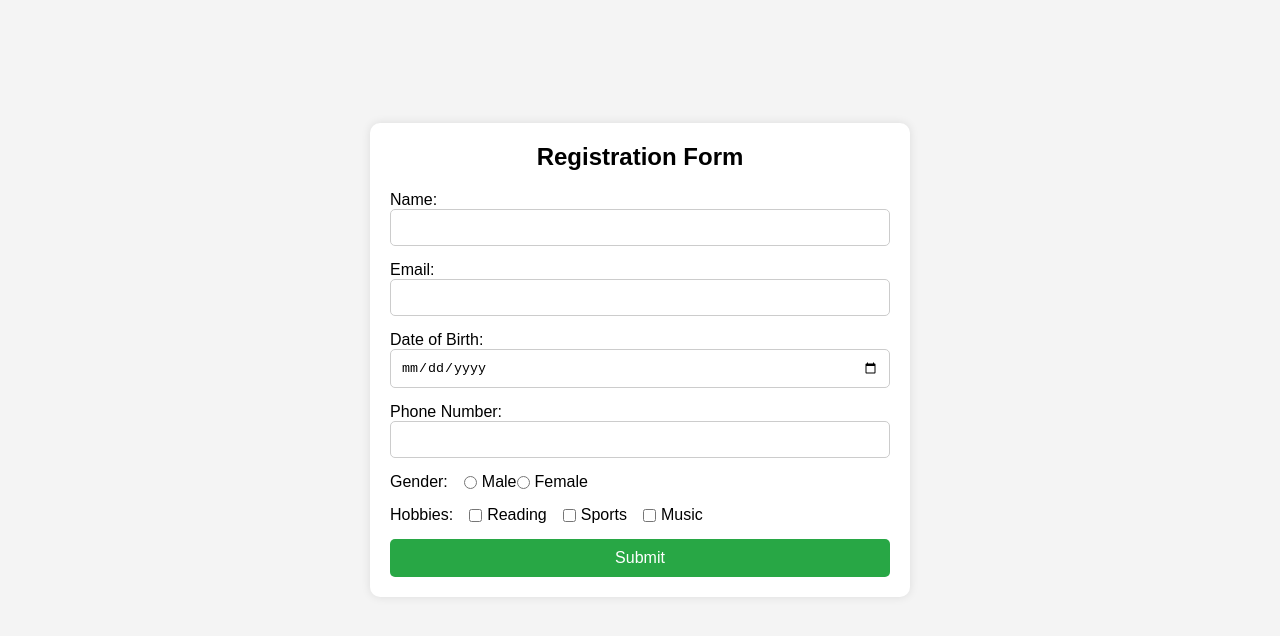
Repository: dhiren1618/OCT-JAVA-2023
Page: http://localhost/JavaServletPractical/
The author's editor kept a copy of each file at every save. The page is drawn from the files as they stood at one save, then again after the next save.
The browser window is 1280 px wide. The pictures show the whole page.
The page is served by Tomcat 9. Other server files are loaded and not shown.

Above is the page before, as saved 2024-06-11 03:21:27.
Console error: ReferenceError: valid is not defined

### JavaServletPractical/src/main/webapp/index.jsp
<%@ page language="java" contentType="text/html; charset=UTF-8"
	pageEncoding="UTF-8"%>
<!DOCTYPE html>
<html>
<head>
<meta charset="UTF-8">
<title>Registration Form</title>

<link rel="stylesheet" href="style.css">

</head>
<body>

	<div class="container">

		<h2>Registration Form</h2>
		<form id="registrationForm" action="StudentController" method="post">
			<div class="form-group">
				<label for="name">Name:</label> <input type="text" id="name"
					name="name" required> <small class="error" id="nameError"></small>
			</div>
			<div class="form-group">
				<label for="email">Email:</label> <input type="email" id="email"
					name="email" required> <small class="error" id="emailError"></small>
			</div>
			<div class="form-group">
				<label for="dob">Date of Birth:</label> <input type="date" id="dob"
					name="dob" required> <small class="error" id="dobError"></small>
			</div>
			<div class="form-group">
				<label for="phone">Phone Number:</label> <input type="tel"
					id="phone" name="phone" pattern="[0-9]{10}" required> <small
					class="error" id="phoneError"></small>
			</div>
			<div class="form-group horizontal">
				<label>Gender:</label>
				<div class="options">

					<input type="radio" id="male" name="gender" value="male" required>
					<label for="male" style="padding: 0px; margin: 0px">Male</label> <input
						type="radio" id="female" name="gender" value="female" required>
					<label for="female">Female</label>
				</div>
				<small class="error" id="genderError"></small>
			</div>
			<div class="form-group horizontal">
				<label>Hobbies:</label>
				<div class="options">
					<input type="checkbox" id="reading" name="hobbies" value="reading">
					<label for="reading">Reading</label> <input type="checkbox"
						id="sports" name="hobbies" value="sports"> <label
						for="sports">Sports</label> <input type="checkbox" id="music"
						name="hobbies" value="music"> <label for="music">Music</label>
				</div>
				<small class="error" id="hobbiesError"></small>
			</div>

            <button type="submit" id="btnSubmit" name="action" value="insert">Submit</button>
		</form>

	</div>

	<script type="text/javascript" src="scripts.js"></script>

</body>
</html>

### JavaServletPractical/src/main/webapp/style.css
*{
	padding: 0px;
	margin: 0px;
}

body {
    font-family: Arial, sans-serif;
    background-color: #f4f4f4;
    margin: 0;
    padding: 0;
    display: flex;
    justify-content: center;
    align-items: center;
    height: 100vh;
    overflow: hidden; /* Disable scrolling on body */
}

.container {
    background-color: white;
    padding: 20px;
    border-radius: 10px;
    box-shadow: 0 0 10px rgba(0, 0, 0, 0.1);
    width: 90%; /* Use a percentage width to adapt to viewport */
    max-width: 500px; /* Set a maximum width */

    overflow-y: auto; /* Enable vertical scrolling */
    overflow-x: hidden; /* Disable horizontal scrolling */
}


h2 {
    text-align: center;
    margin-bottom: 20px;
}


.form-group {
    margin-bottom: 15px;
}

.form-group.horizontal {
    display: flex;
    align-items: center;
}

label {
	margin-right: 16px;
}

.form-group.horizontal .options {
    display: flex;
    align-items: center;
    justify-content: center;
}

input[type="text"],
input[type="email"],
input[type="date"],
input[type="tel"],
select {
    width: 100%;
    padding: 10px;
    border: 1px solid #ccc;
    border-radius: 5px;
    box-sizing: border-box; /* Ensures padding is included in the element's total width and height */
}

input[type="radio"],
input[type="checkbox"] {
    margin-right: 5px;
}


button {
    width: 100%;
    padding: 10px;
    background-color: #28a745;
    border: none;
    border-radius: 5px;
    color: white;
    font-size: 16px;
    cursor: pointer;
}

button:hover {
    background-color: #218838;
}

.error {
    color: red;
    font-size: 12px;
    display: none;
}

### JavaServletPractical/src/main/webapp/scripts.js
let btnSubmit = document.getElementById("btnSubmit");

btnSubmit.addEventListener('click', function(event) {
	//alert("Button Clicked");

	var isValid = true;

	// Name Validation
	var fName = document.getElementById("name").value;

	var namePattern = /^[A-Za-z]+$/;

	if (fName == "") {
		isValid = false;
		document.getElementById("nameError").innerText = "Please enter name";
		document.getElementById('nameError').style.display = "block";
	} else if (!namePattern.test(fName)) {
		isValid = false;
		document.getElementById("nameError").innerText = "Only alphabets are allowed";
		document.getElementById('nameError').style.display = "block";
	} else {
		document.getElementById('nameError').style.display = "none";
	}

	// Gender validation
	const gender = document.querySelector('input[name="gender"]:checked');
	if (!gender) {
		valid = false;
		document.getElementById('genderError').innerText = "Gender is required.";
		document.getElementById('genderError').style.display = "block";
	} else {
		document.getElementById('genderError').style.display = "none";
	}

});

// Prevent form submission if validation fails
if (!valid) {
	event.preventDefault();
}

After the next save:
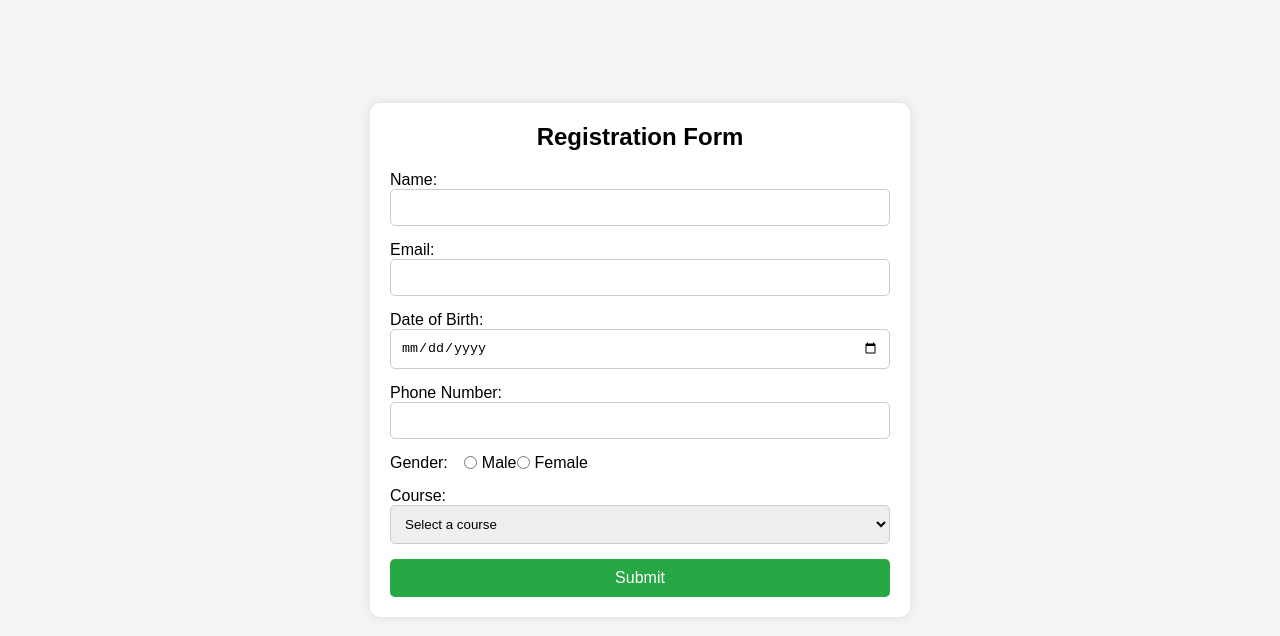
Saved 15 s later.
--- a/JavaServletPractical/src/main/webapp/index.jsp
+++ b/JavaServletPractical/src/main/webapp/index.jsp
@@ -43,18 +43,16 @@
 				</div>
 				<small class="error" id="genderError"></small>
 			</div>
-			<div class="form-group horizontal">
-				<label>Hobbies:</label>
-				<div class="options">
-					<input type="checkbox" id="reading" name="hobbies" value="reading">
-					<label for="reading">Reading</label> <input type="checkbox"
-						id="sports" name="hobbies" value="sports"> <label
-						for="sports">Sports</label> <input type="checkbox" id="music"
-						name="hobbies" value="music"> <label for="music">Music</label>
-				</div>
-				<small class="error" id="hobbiesError"></small>
-			</div>
-
+			 <div class="form-group">
+                <label for="course">Course:</label>
+                <select id="course" name="course" required>
+                    <option value="">Select a course</option>
+                    <option value="computer-science">Computer Science</option>
+                    <option value="business">Business</option>
+                    <option value="arts">Arts</option>
+                </select>
+                <small class="error" id="courseError"></small>
+            </div>
             <button type="submit" id="btnSubmit" name="action" value="insert">Submit</button>
 		</form>
 
